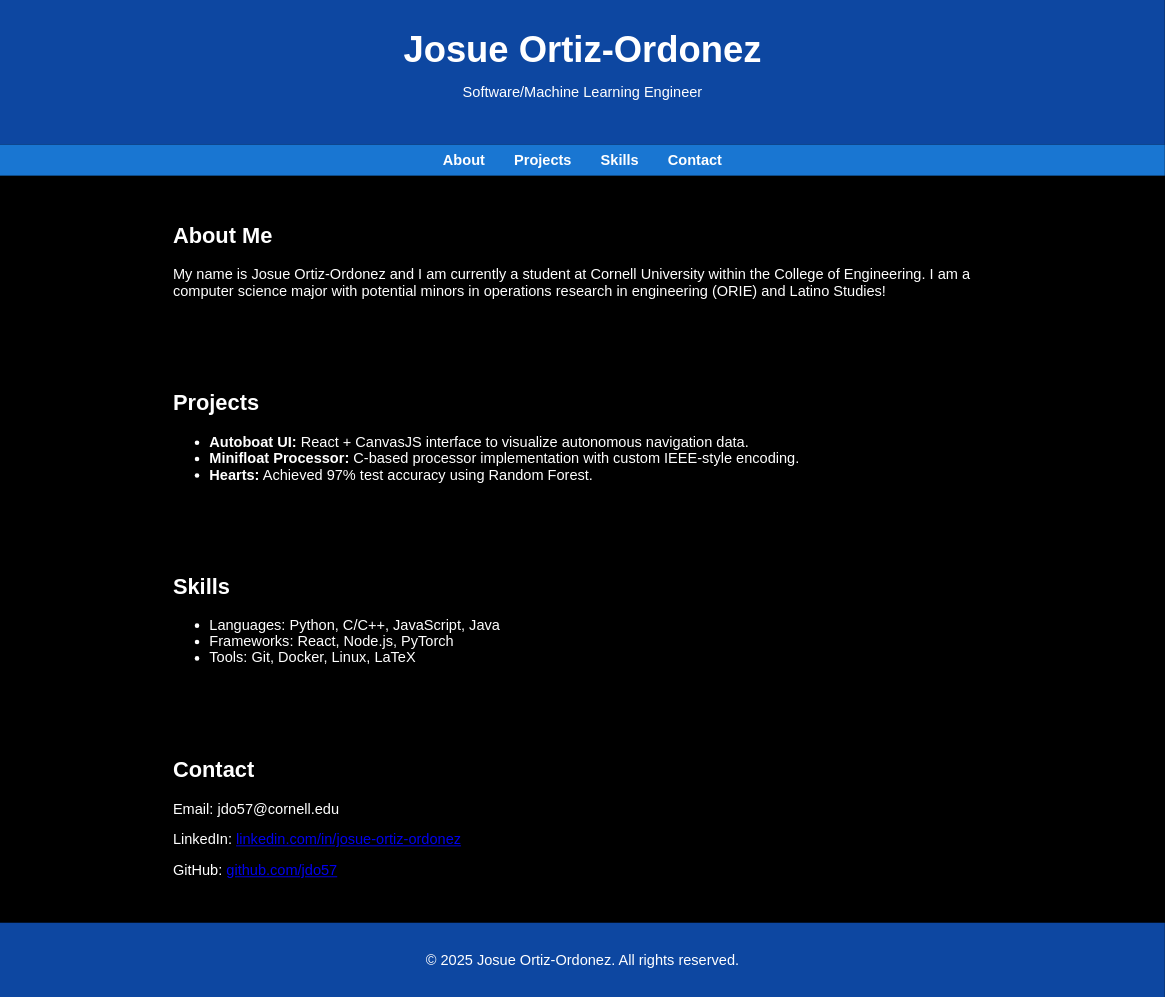
Repository: jdo57/Website
Page: index.html
The author's editor kept a copy of each file at every save. The page is drawn from the files as they stood at one save, then again after a run of saves.
The browser window is 1280 px wide. The pictures show the whole page, at 91% of full size.

Above is the page before, as saved 2025-05-26 01:19:20.

After the next 3 saves:
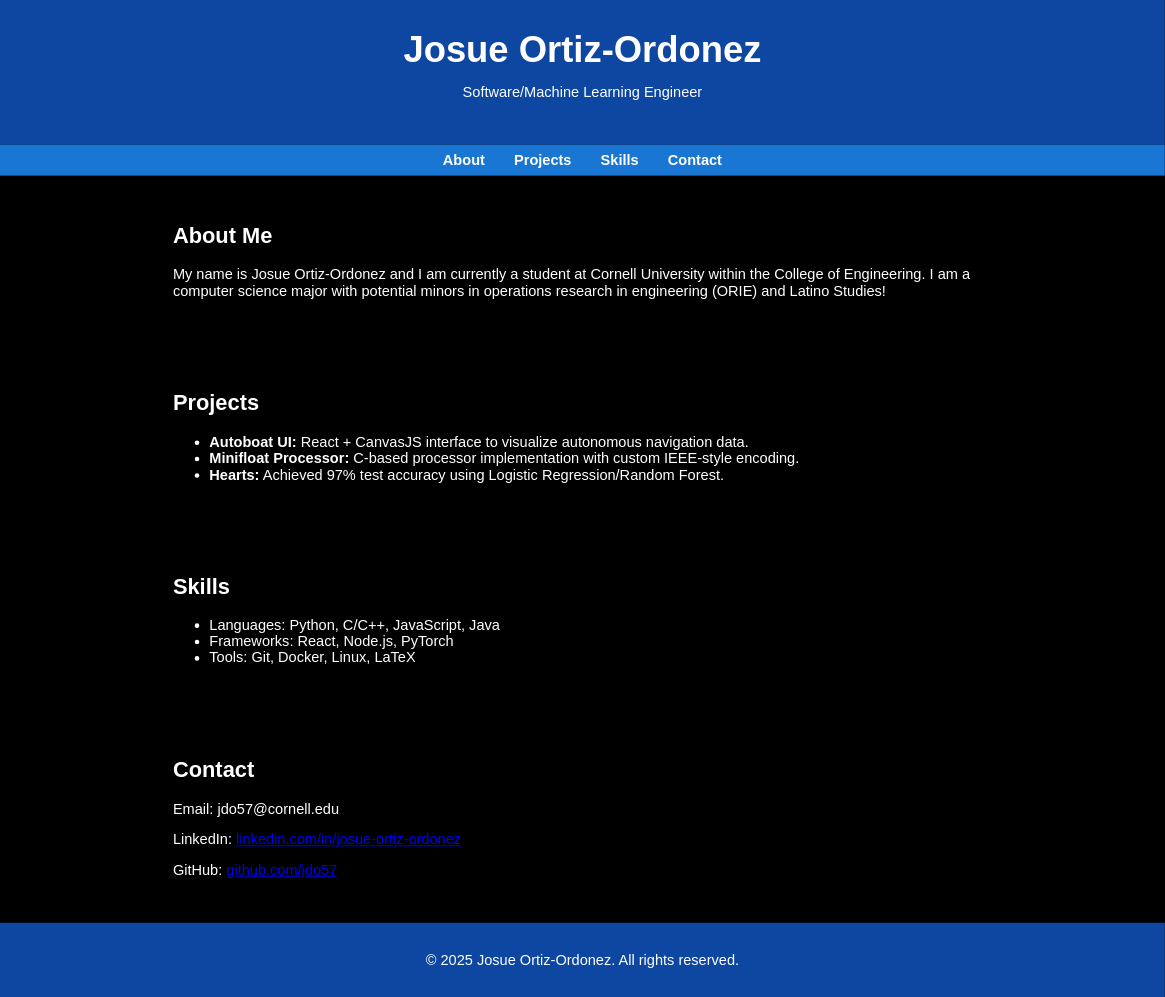
The 3 saves are shown as one change because they came seconds apart.
The last was saved 11 s later.
--- a/index.html
+++ b/index.html
@@ -91,7 +91,7 @@
     <ul>
       <li><strong>Autoboat UI:</strong> React + CanvasJS interface to visualize autonomous navigation data.</li>
       <li><strong>Minifloat Processor:</strong> C-based processor implementation with custom IEEE-style encoding.</li>
-      <li><strong>Hearts:</strong> Achieved 97% test accuracy using Random Forest.</li>
+      <li><strong>Hearts:</strong> Achieved 97% test accuracy using Logistic Regression/Random Forest.</li>
     </ul>
   </section>
 
